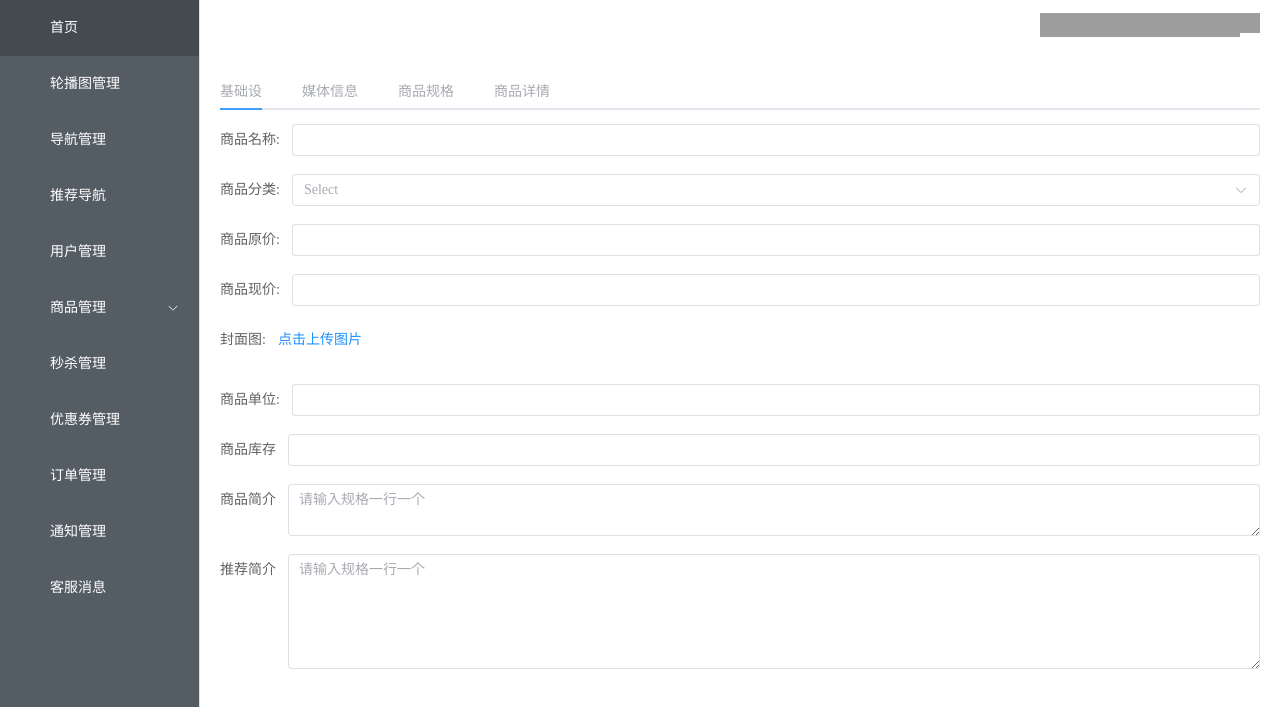
Repository: xinwuhao/CCG
Page: /addgoods
These files come from the project's save history. The page is drawn as it stood at one moment and after the next save; the edit follows.
The browser window is 1280 px wide. The pictures show the whole page.
Pictures or frames that could not be fetched are drawn as grey boxes. The page's requests for data from a server got no answer. The project was rebuilt for these pictures with package versions that can differ from the ones it lists, and the page was loaded fresh each time. No one was signed in, and anything a server would have sent is missing. Also part of the build but not shown: vite.config.ts.

Above is the page before, as saved 2021-09-24 13:49:03.

After the next save:
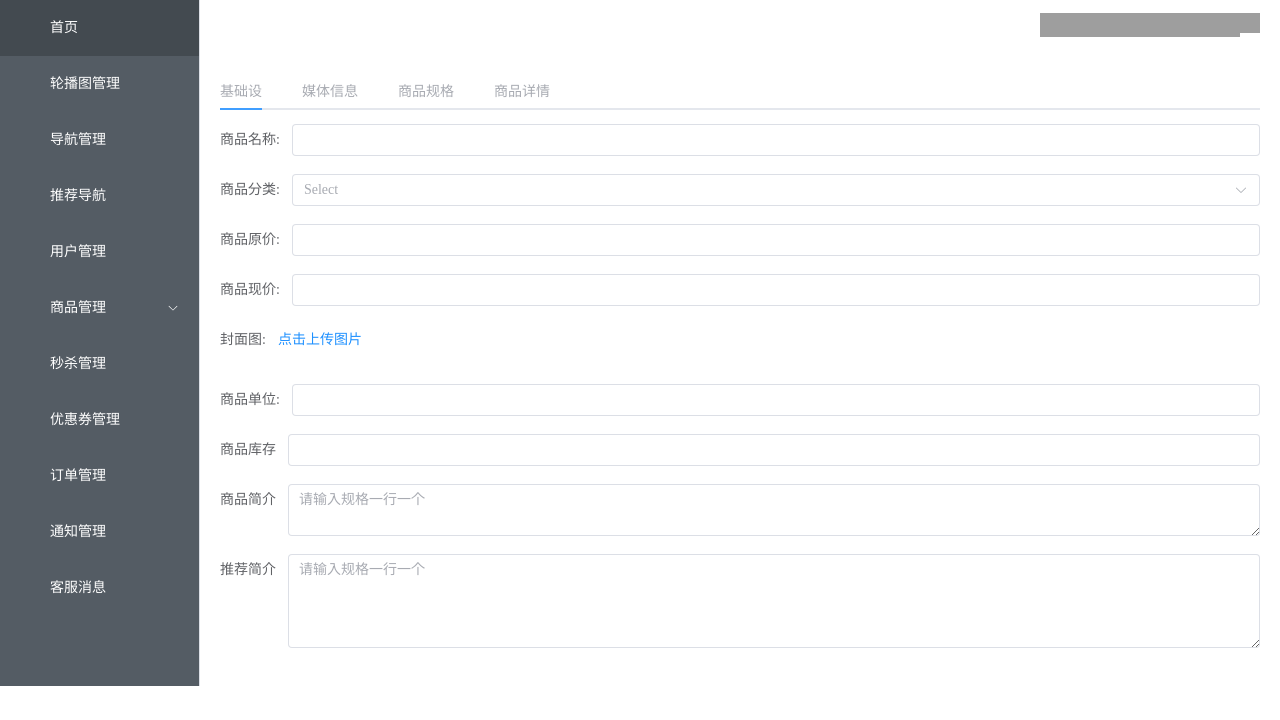
Saved 11 s later.
--- a/src/views/goods/addgoods.vue
+++ b/src/views/goods/addgoods.vue
@@ -130,7 +130,7 @@
             <el-form-item label="推荐简介" prop="path">
               <el-input
                 v-model="swiper.spec_item"
-                :rows="5"
+                :rows="4"
                 type="textarea"
                 placeholder="请输入规格一行一个"
               />
